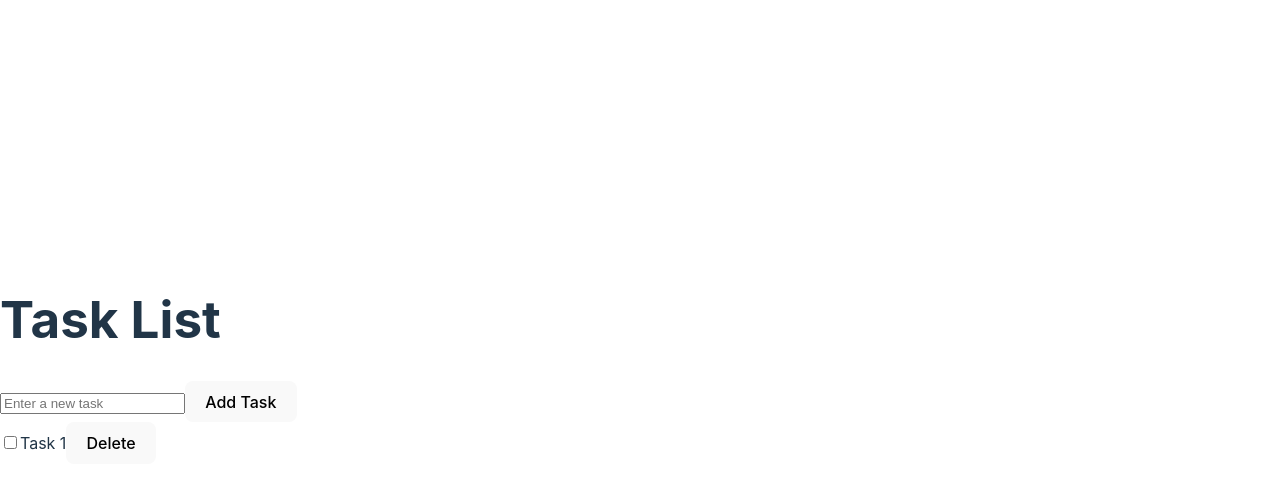
Repository: alemunden/Frontend-Lab4
Page: / (app in web-app/)
An editor plug-in stored every save of this project. The page is shown before and after the next save, followed by the edit.
The browser window is 1280 px wide. The pictures show the whole page.
The project was rebuilt for these pictures with package versions that can differ from the ones it lists, and the page was loaded fresh each time. Also part of the build but not shown: web-app/vite.config.js.

Above is the page before, as saved 2024-10-19 20:33:48.

### web-app/src/App.jsx
import React, { useState } from 'react';
import Task from "./components/Task";
import TaskForm from "./components/TaskForm";

function App() {
  const [tasks, setTasks] = useState([{ id: 1, name: 'Task 1' }]);
  const deleteTask = (taskId) => {
    setTasks(tasks.filter((task) => task.id !== taskId));
  };

  const addTask = (taskName) => {
    const newTask = {
      id: tasks.length + 1,
      name: taskName,
    };
    setTasks([...tasks, newTask]);
  };

  return (
    <div>
      <h1 id='title'>Task List</h1>
      <div id='taskForm'>
        <TaskForm onAddTask={addTask} />
      </div>
      <div id='taskListArea'>
        {tasks.map((task) => (
          <Task
            key={task.id}
            taskName={task.name}
            onDelete={() => deleteTask(task.id)}
          />
        ))}
        </div>
    </div>
  );
}

export default App;

### web-app/src/components/Task.jsx
import { useState } from 'react';

function Task({ taskName, onDelete }) {
  const [isCompleted, setIsCompleted] = useState(false);
  const toggleCompletion = () => {
    setIsCompleted(!isCompleted);
  };

  return (
    <div id='task' style={{ textDecoration: isCompleted ? 'line-through' : 'none' }}>
      <input
        type="checkbox"
        checked={isCompleted}
        onChange={toggleCompletion}
      />
      {taskName}
      <button onClick={onDelete} id='deleteButton'>Delete</button>
    </div>
  );
}

export default Task;

### web-app/src/components/TaskForm.jsx
import { useState } from 'react';

function TaskForm({ onAddTask }) {
  const [newTask, setNewTask] = useState('');
  const handleSubmit = (e) => {
    e.preventDefault();
    if (newTask.trim() !== '') {
      onAddTask(newTask);
      setNewTask('');
    }
  };

  return (
    <form onSubmit={handleSubmit}>
      <input
        type="text"
        value={newTask}
        onChange={(e) => setNewTask(e.target.value)}
        placeholder="Enter a new task"
      />
      <button id='addTask' type="submit">Add Task</button>
    </form>
  );
}

export default TaskForm;

Loaded but not shown: web-app/index.html (common file); web-app/src/main.jsx (common file); web-app/src/index.css (common file)

After the next save:
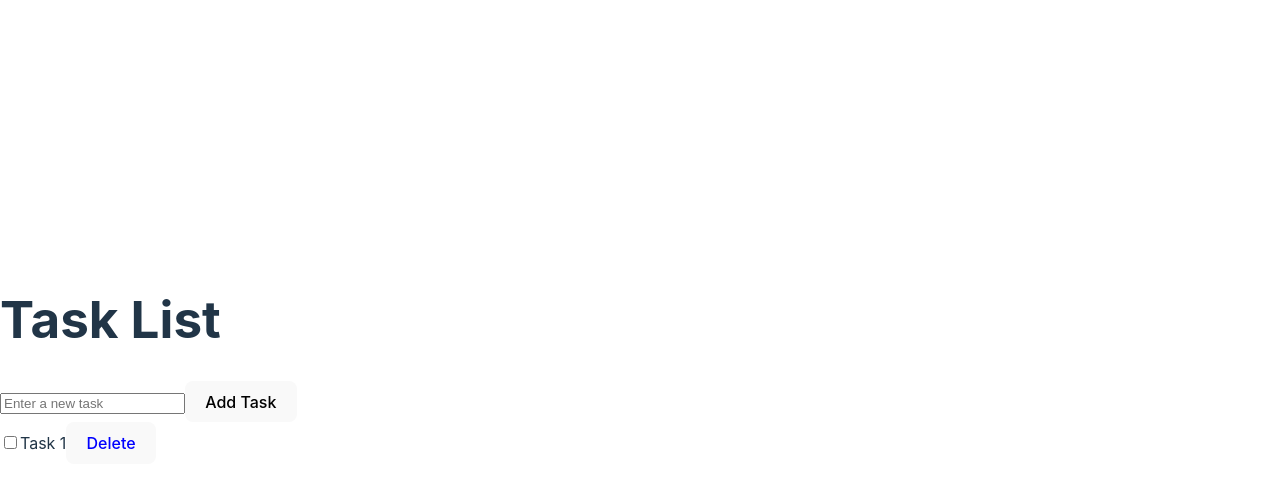
Saved 95 s later.
--- a/web-app/src/components/Task.jsx
+++ b/web-app/src/components/Task.jsx
@@ -14,7 +14,7 @@ function Task({ taskName, onDelete }) {
         onChange={toggleCompletion}
       />
       {taskName}
-      <button onClick={onDelete} id='deleteButton'>Delete</button>
+      <button onClick={onDelete} id='deleteButton' style={{color: 'blue'}}>Delete</button>
     </div>
   );
 }
